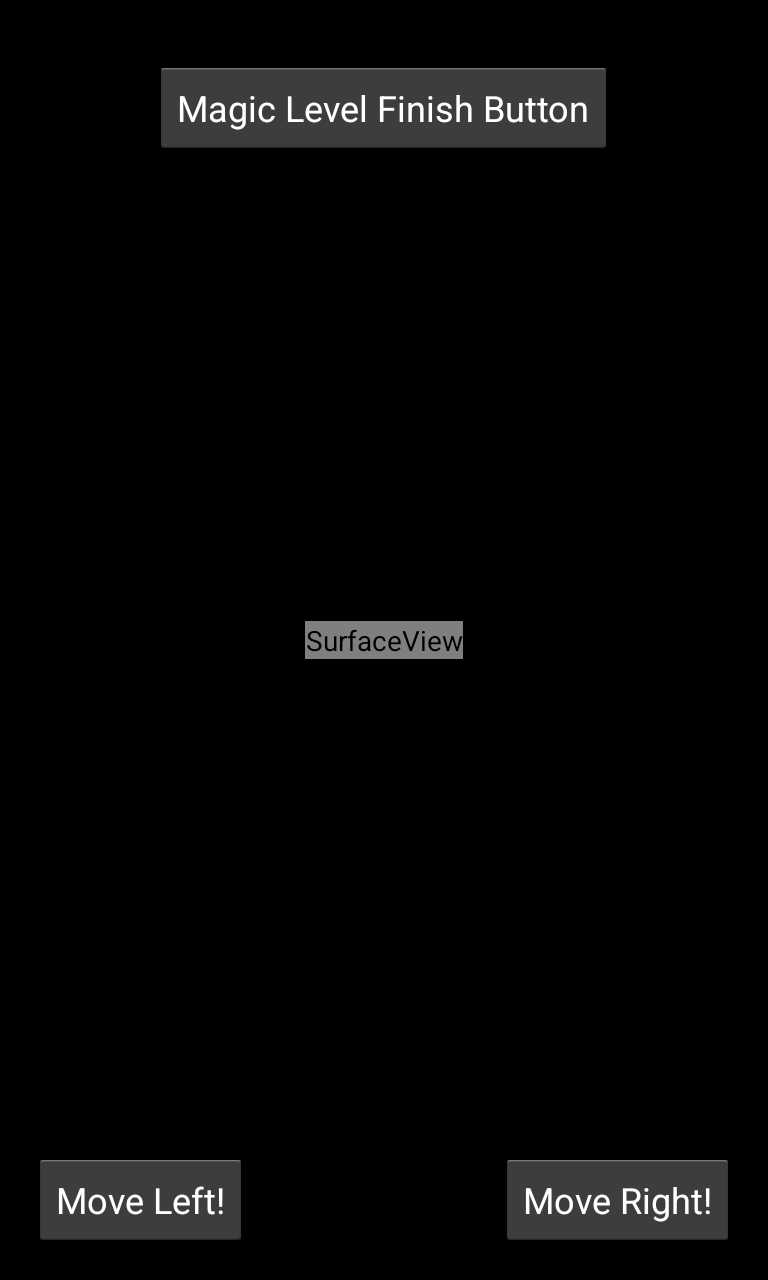
Repository: MoffMade/CSCE315-Android-App
Layout: Constellation Explorer Eclipse Project/Constellation Explorer/res/layout/activity_game.xml
An editor plug-in stored every save of this project. The layout is shown before and after the next save, followed by the edit.
Pictures or frames that could not be fetched are drawn as grey boxes. It is drawn on a 768 x 1280 px phone screen (xhdpi) without system bars, with theme AppTheme; the app's code is not run.

Above is the layout before, as saved 2013-11-12 04:02:55.

After the next save:
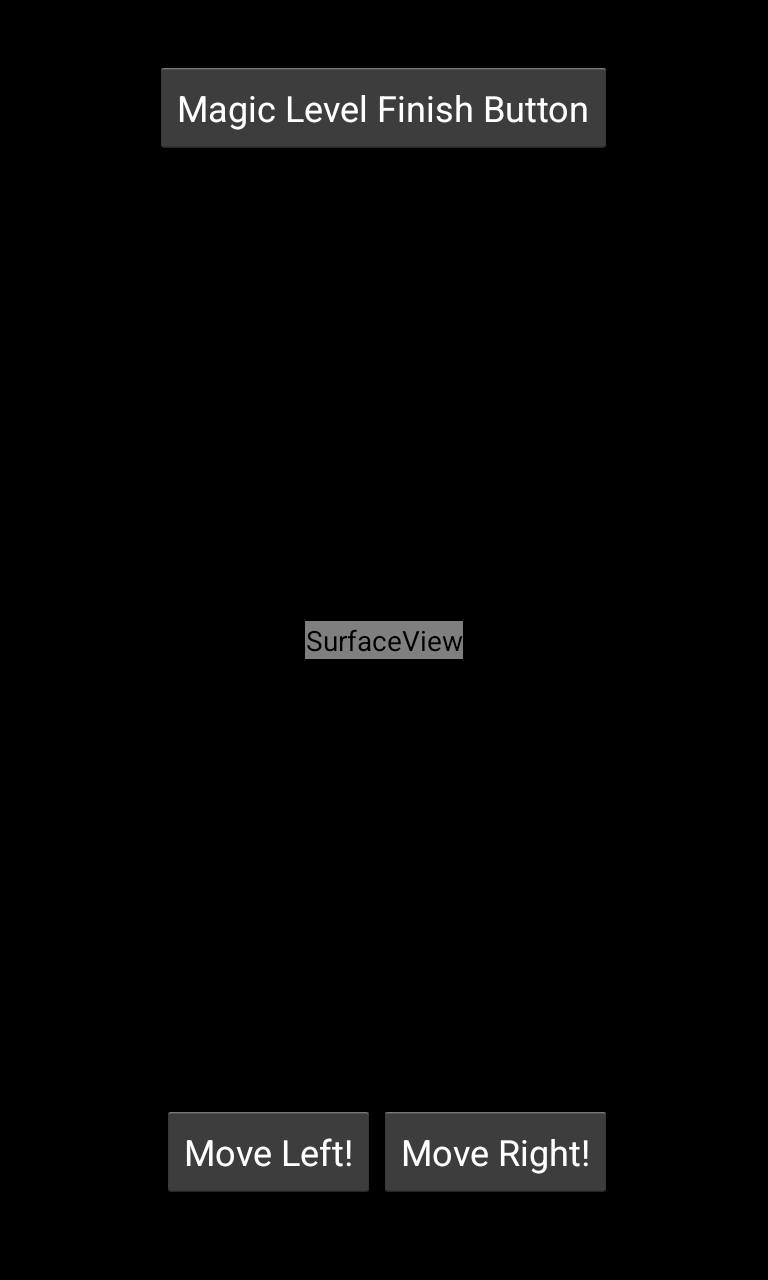
Saved 5 min 41 s later.
--- a/Constellation Explorer Eclipse Project/Constellation Explorer/res/layout/activity_game.xml
+++ b/Constellation Explorer Eclipse Project/Constellation Explorer/res/layout/activity_game.xml
@@ -8,24 +8,6 @@
     android:paddingTop="@dimen/activity_vertical_margin"
     tools:context=".GameActivity"
     android:background="@color/black" >
-
-    <Button
-        android:id="@+id/button1"
-        android:layout_width="wrap_content"
-        android:layout_height="wrap_content"
-        android:layout_alignParentBottom="true"
-        android:layout_alignParentLeft="true"
-        android:text="@string/move_left_button"
-        android:textColor="@color/main_menu_text_color" />
-
-    <Button
-        android:id="@+id/button2"
-        android:layout_width="wrap_content"
-        android:layout_height="wrap_content"
-        android:layout_alignParentBottom="true"
-        android:layout_alignParentRight="true"
-        android:text="@string/move_right_button"
-        android:textColor="@color/main_menu_text_color" />
 
     <SurfaceView
         android:id="@+id/surfaceView1"
@@ -45,4 +27,24 @@
         android:textColor="@color/main_menu_text_color"
         android:onClick="goToStarData" />
 
+    <Button
+        android:id="@+id/button2"
+        android:layout_width="wrap_content"
+        android:layout_height="wrap_content"
+        android:layout_alignBaseline="@+id/button1"
+        android:layout_alignBottom="@+id/button1"
+        android:layout_alignRight="@+id/button3"
+        android:text="@string/move_right_button"
+        android:textColor="@color/main_menu_text_color" />
+
+    <Button
+        android:id="@+id/button1"
+        android:layout_width="wrap_content"
+        android:layout_height="wrap_content"
+        android:layout_alignParentBottom="true"
+        android:layout_marginBottom="24dp"
+        android:layout_toLeftOf="@+id/button2"
+        android:text="@string/move_left_button"
+        android:textColor="@color/main_menu_text_color" />
+
 </RelativeLayout>
